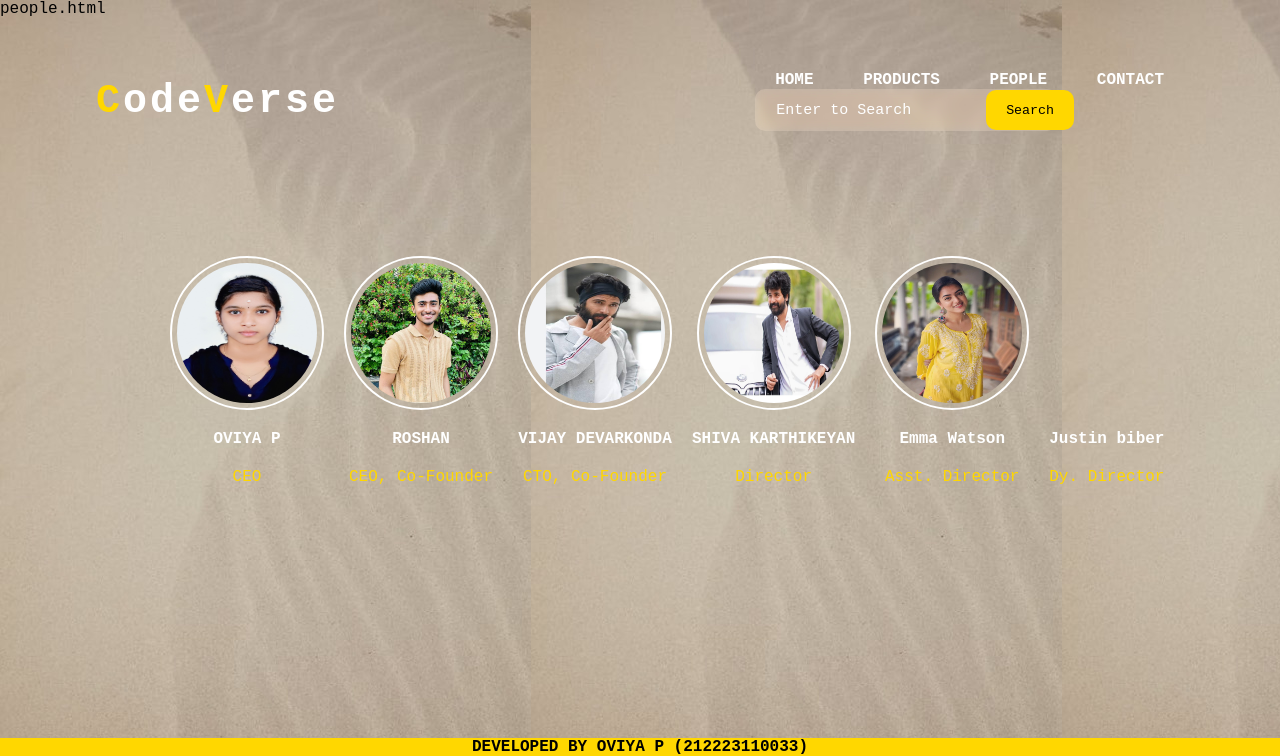
Repository: Oviya24032K6/softweb
Page: oviya/softapp/static/people.html
An editor plug-in stored every save of this project. The page is shown before and after a run of saves, followed by the edit.
The browser window is 1280 px wide. The pictures show the whole page.

Above is the page before, as saved 2024-04-27 14:13:14.

After the next 2 saves:
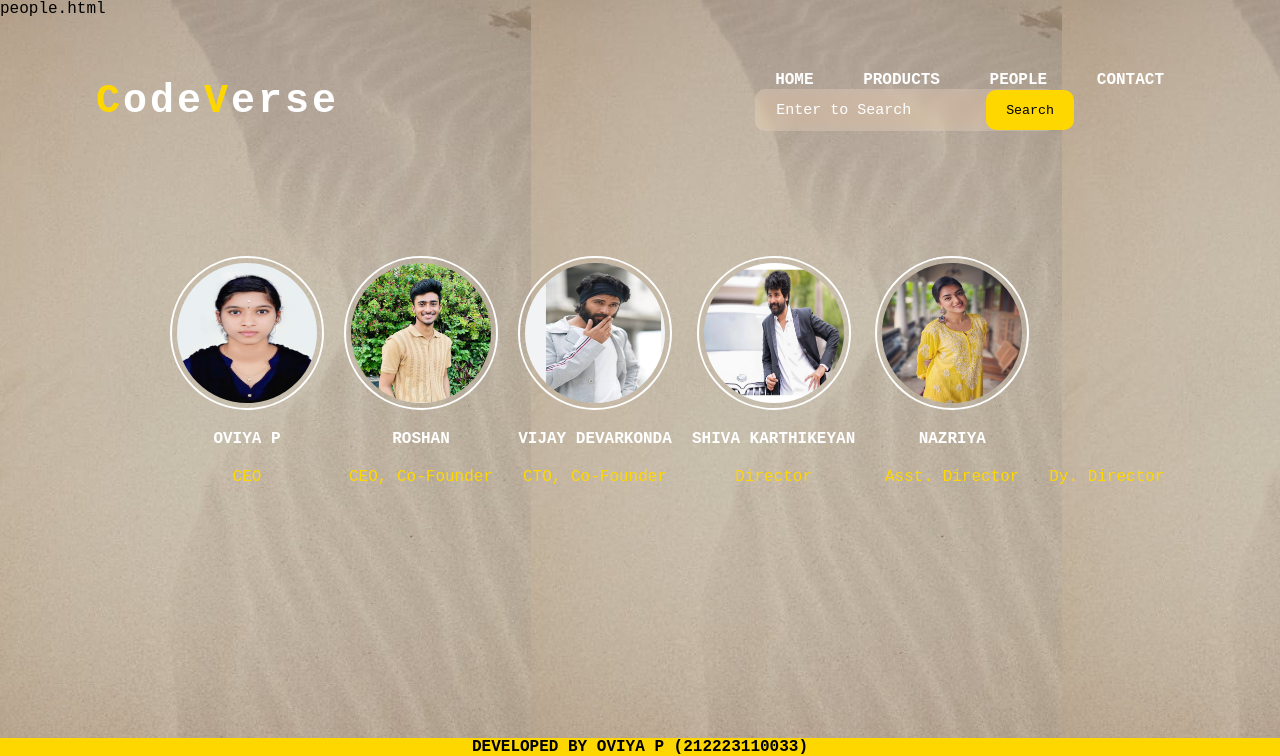
The 2 saves are shown as one change because they came seconds apart.
The last was saved 10 s later.
--- a/oviya/softapp/static/people.html
+++ b/oviya/softapp/static/people.html
@@ -141,8 +141,8 @@
                     <th> ROSHAN</th>
                     <th> VIJAY DEVARKONDA</th>
                     <th> SHIVA KARTHIKEYAN</th>
-                    <th> Emma Watson</th>
-                    <th> Justin biber </th>
+                    <th> NAZRIYA</th>
+
                 </tr>
                 <tr align="center">
                     <td> CEO </td>
